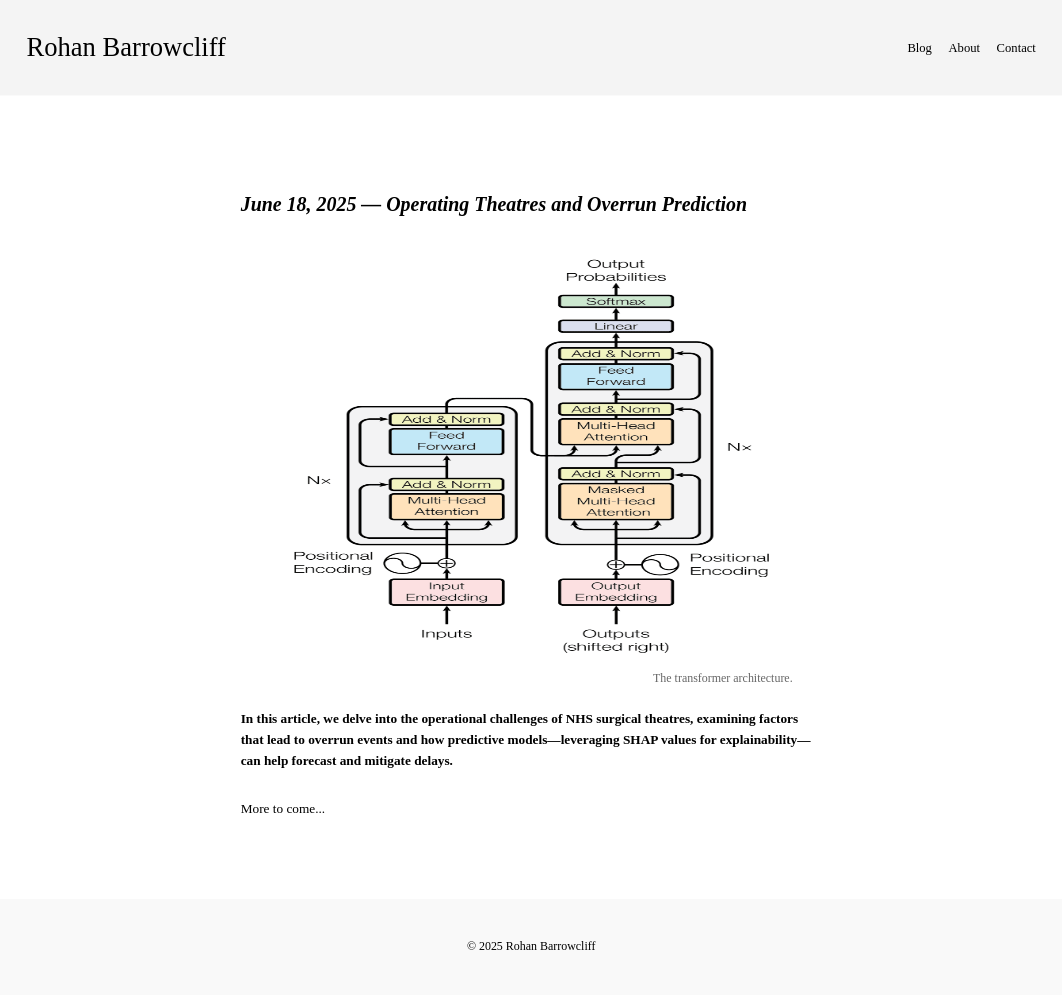
Repository: rgbweston/rgbweston.github.io
Page: operating-theatres-overrun-prediction.html
The author's editor kept a copy of each file at every save. The page is drawn from the files as they stood at one save, then again after the next save.
The browser window is 1280 px wide. The pictures show the whole page, at 83% of full size.

Above is the page before, as saved 2025-06-26 11:51:41.

### operating-theatres-overrun-prediction.html
<!DOCTYPE html>
<html lang="en">
<head>
  <meta charset="UTF-8" />
  <meta name="viewport" content="width=device-width, initial-scale=1.0" />
  <meta name="description" content="Operating Theatres and Overrun Prediction by Rohan Barrowcliff" />
  <title>June 18, 2025 — Operating Theatres and Overrun Prediction</title>
  <!-- Favicon -->
  <link rel="icon" href="favicon.ico" type="image/x-icon" />
  <link rel="shortcut icon" href="favicon.ico" type="image/x-icon" />
  <link rel="stylesheet" href="style.css" />
</head>
<body>
  <header class="hero">
    <div class="navbar">
      <h1 class="site-title">
        <a href="index.html" style="text-decoration:none;color:inherit;">Rohan Barrowcliff</a>
      </h1>
      <nav class="nav-links">
        <a href="index.html#blog">Blog</a>
        <a href="index.html#about">About</a>
        <a href="index.html#contact">Contact</a>
      </nav>
    </div>
  </header>

  <main>
    <section class="section fade-in article-page">
      <h1 class="article-title" style="font-style:italic; font-weight:bold; text-align:left; margin:2rem 0;">
        June 18, 2025 — Operating Theatres and Overrun Prediction
      </h1>

      <img src="transformer.webp"
           alt="Operating Theatres Overrun"
           class="post-image large"
           style="display:block; margin:auto; max-width:90%; max-height:500px; height:auto; margin-bottom:0.5rem;" />
      <p style="text-align:right; font-size:0.9rem; color:#666; margin:0 5% 1.5rem 0;">
        The transformer architecture.
      </p>

      <p style="font-weight:bold; max-width:800px; margin-left:0; margin-bottom:2rem;">
        In this article, we delve into the operational challenges of NHS surgical theatres, examining factors that lead to overrun events and how predictive models—leveraging SHAP values for explainability—can help forecast and mitigate delays.
      </p>

      <!-- Full article content -->
      <p>More to come...</p>
    </section>
  </main>

  <footer class="footer">
    <p>&copy; 2025 Rohan Barrowcliff</p>
  </footer>
</body>
</html>

### style.css
/* style.css */
body {
    margin: 0;
    font-family: 'Times New Roman', serif;
    line-height: 1.6;
    background: #fff;
    color: #000;
  }

  .navbar {
    display: flex;
    justify-content: space-between;
    align-items: center;
    padding: 2rem;
    background: #f4f4f4;
    flex-wrap: wrap;
  }

  .site-title {
    font-size: 2rem;
    margin: 0;
  }

  .nav-links a {
    margin-left: 1rem;
    text-decoration: none;
    color: #000;
    font-size: 0.95rem;
  }

  main {
    max-width: 700px;
    margin: auto;
    padding: 2rem 1rem;
  }

  .section {
    padding: 3rem 0;
    opacity: 0;
    transform: translateY(20px);
    transition: opacity 0.8s ease-out, transform 0.8s ease-out;
  }

  .section.fade-in {
    opacity: 1;
    transform: translateY(0);
  }

  h1, h2, h3 {
    font-weight: normal;
  }

  .post {
    margin-bottom: 3rem;
    text-align: center;
  }

  .post-image {
    width: 100%;
    max-width: 500px;
    height: auto;
    display: block;
    margin: 1rem auto;
  }

  .read-more {
    display: inline-block;
    margin-top: 1rem;
    text-decoration: underline;
    font-size: 0.9rem;
    color: #000;
  }

  .footer {
    text-align: center;
    padding: 2rem;
    background: #f9f9f9;
    font-size: 0.9rem;
  }

After the next save:
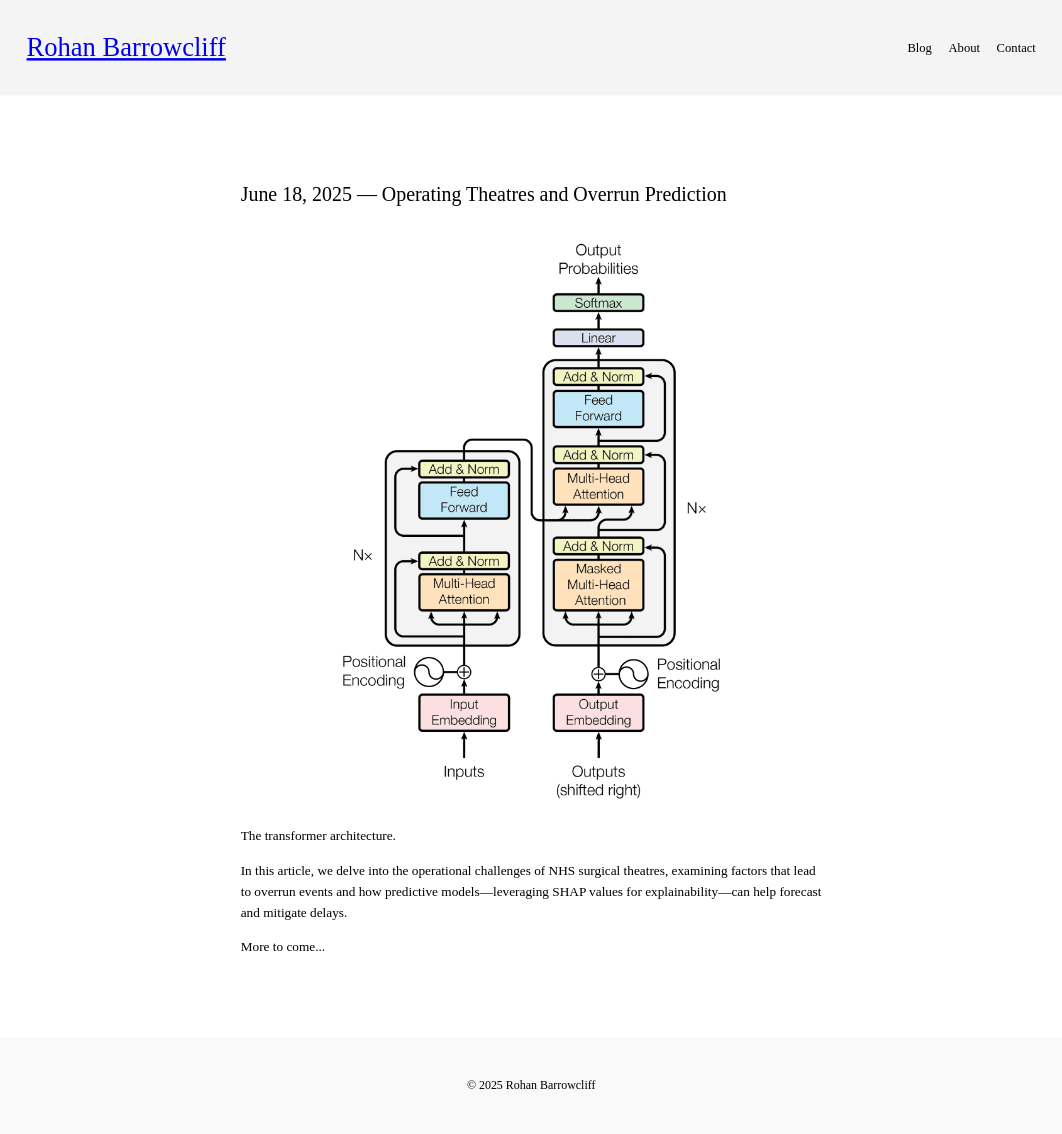
Saved 4 min 25 s later.
--- a/operating-theatres-overrun-prediction.html
+++ b/operating-theatres-overrun-prediction.html
@@ -14,7 +14,7 @@
   <header class="hero">
     <div class="navbar">
       <h1 class="site-title">
-        <a href="index.html" style="text-decoration:none;color:inherit;">Rohan Barrowcliff</a>
+        <a href="index.html" class="home-link">Rohan Barrowcliff</a>
       </h1>
       <nav class="nav-links">
         <a href="index.html#blog">Blog</a>
@@ -26,19 +26,16 @@
 
   <main>
     <section class="section fade-in article-page">
-      <h1 class="article-title" style="font-style:italic; font-weight:bold; text-align:left; margin:2rem 0;">
+      <h1 class="article-title">
         June 18, 2025 — Operating Theatres and Overrun Prediction
       </h1>
 
       <img src="transformer.webp"
            alt="Operating Theatres Overrun"
-           class="post-image large"
-           style="display:block; margin:auto; max-width:90%; max-height:500px; height:auto; margin-bottom:0.5rem;" />
-      <p style="text-align:right; font-size:0.9rem; color:#666; margin:0 5% 1.5rem 0;">
-        The transformer architecture.
-      </p>
+           class="post-image large article-image" />
+      <p class="image-caption">The transformer architecture.</p>
 
-      <p style="font-weight:bold; max-width:800px; margin-left:0; margin-bottom:2rem;">
+      <p class="article-intro">
         In this article, we delve into the operational challenges of NHS surgical theatres, examining factors that lead to overrun events and how predictive models—leveraging SHAP values for explainability—can help forecast and mitigate delays.
       </p>
 
